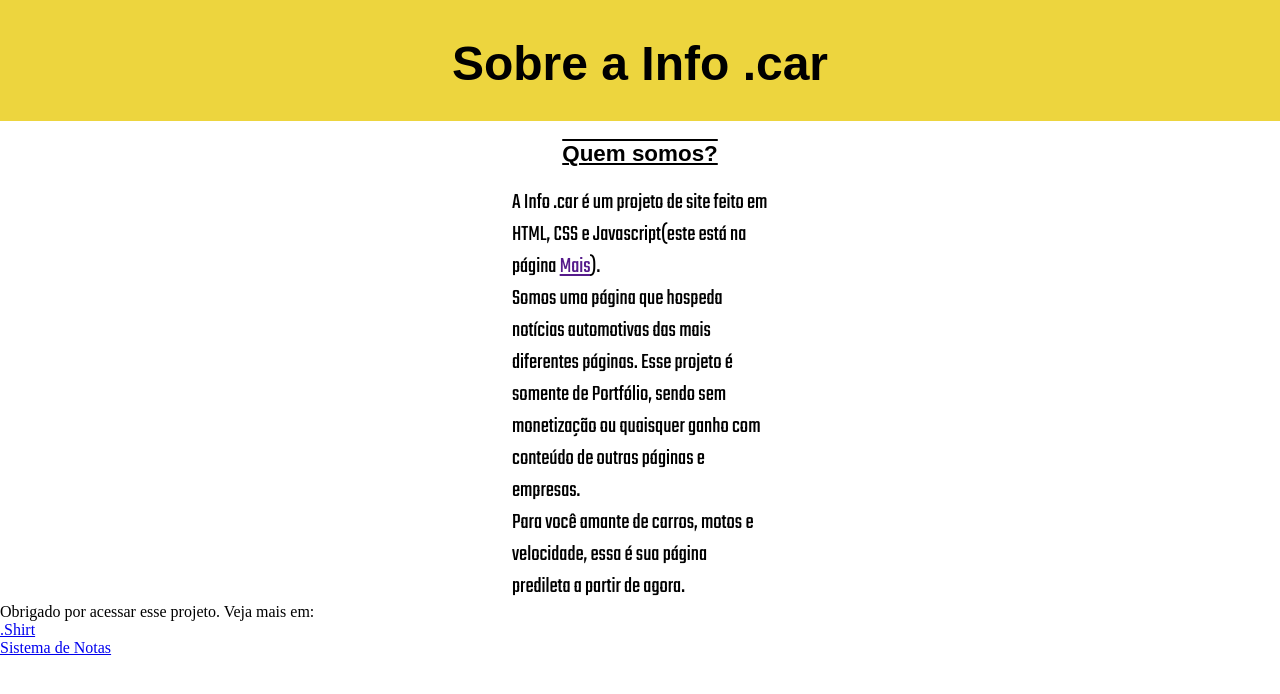
Repository: Leonngc/projeto-info.car
Page: sobre.html
The author's editor kept a copy of each file at every save. The page is drawn from the files as they stood at one save, then again after a run of saves.
The browser window is 1280 px wide. The pictures show the whole page.
Some web fonts or font styles are not loaded; a fallback is used.

Above is the page before, as saved 2022-11-05 15:28:24.

After the next 2 saves:
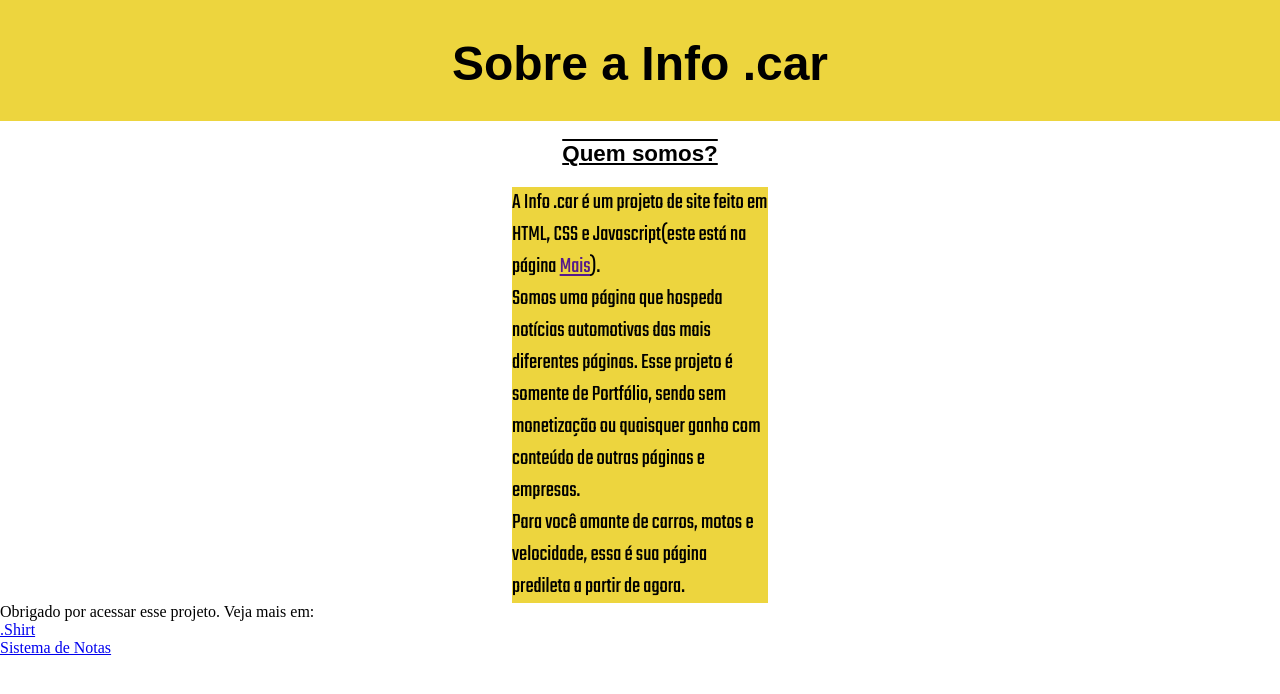
The 2 saves are shown as one change because they came seconds apart.
The last was saved 13 s later.
--- a/sobre.css
+++ b/sobre.css
@@ -38,4 +38,5 @@ article > p{
    font-size: 1.4em;
    margin-left: 40vw;
    margin-right: 40vw;
+   background-color: #edd53e;
 }
